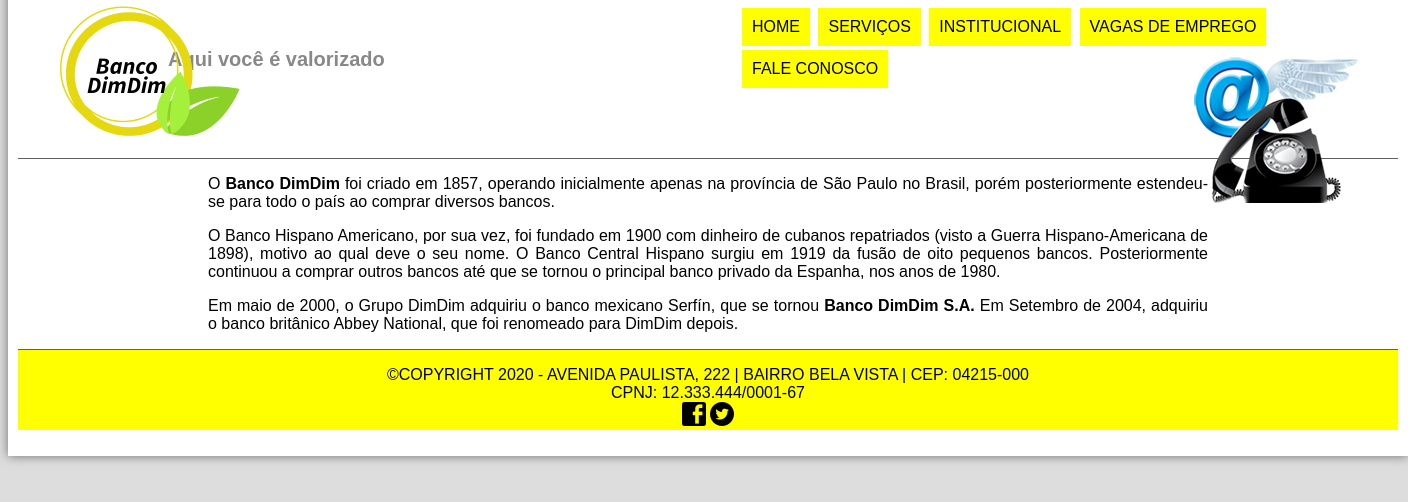
Repository: marceloShibuya/DevOps
Page: http://localhost/Nac_DevOPS/contato.jsp
These files come from the project's save history. The page is drawn as it stood at one moment and after the next save; the edit follows.
The browser window is 1280 px wide. The page is 1408 px wide, so the pictures cover 1408 px, including what lies to the right of the window. The pictures show the whole page.
Some web fonts or font styles are not loaded; a fallback is used. The page is served by Tomcat 9.

Above is the page before, as saved 2020-02-25 00:27:04.

After the next save:
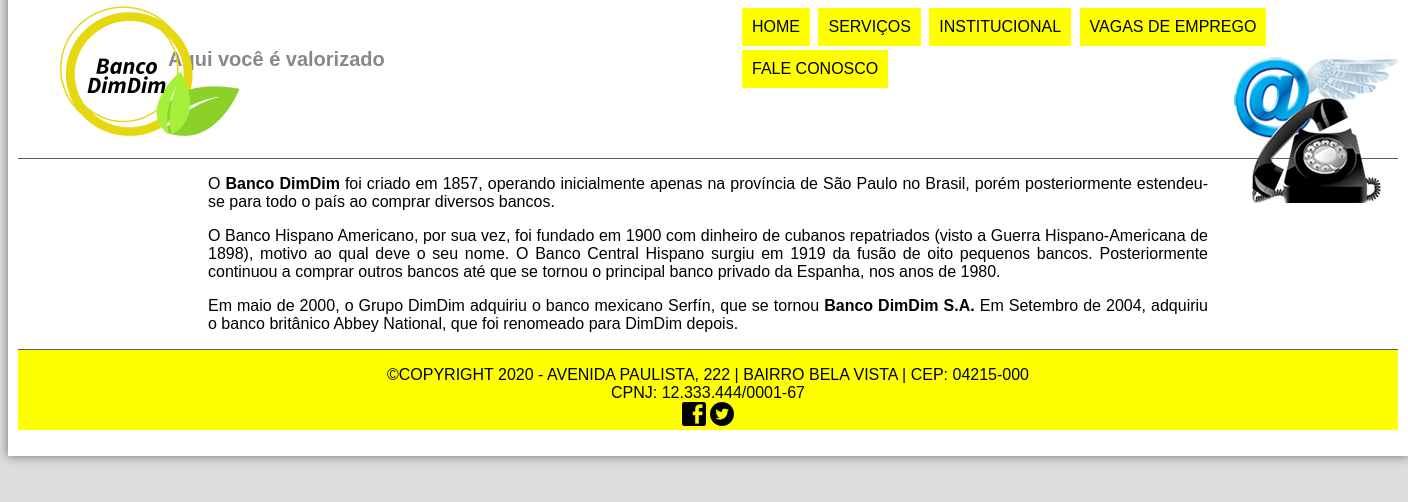
Saved 6 min 15 s later.
--- a/Nac_DevOPS/WebContent/_css/estilo.css
+++ b/Nac_DevOPS/WebContent/_css/estilo.css
@@ -20,7 +20,7 @@ div#interface {
 
 header#cabecalho img#icone_2 {
 	position: absolute;
-	left: 1190px;
+	left: 1230px;
 	top: 50px;
 }
 
